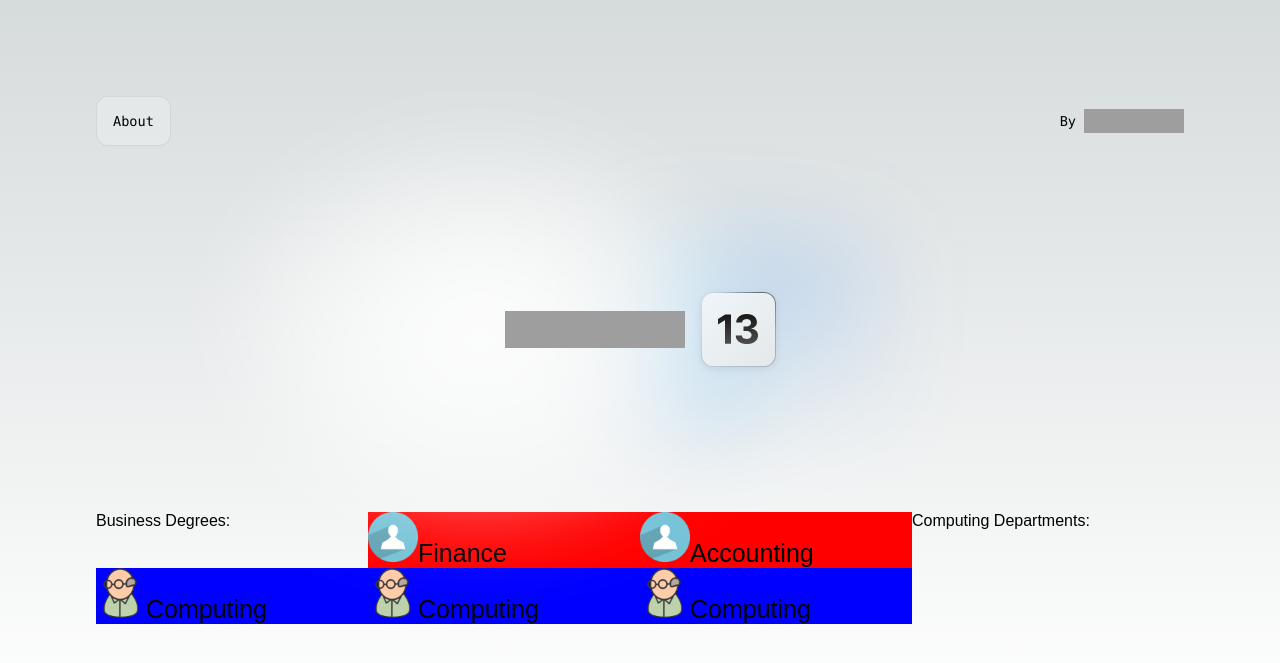
Repository: cheungglenda/MDIA2109-Week3
Page: /
The author's editor kept a copy of each file at every save. The page is drawn from the files as they stood at one save, then again after the next save.
The browser window is 1280 px wide. The pictures show the whole page.
Pictures or frames that could not be fetched are drawn as grey boxes. The project was rebuilt for these pictures with package versions that can differ from the ones it lists, and the page was loaded fresh each time. The framework's server and built-in components were replaced by stand-ins that run in the browser. Also part of the build but not shown: next.config.js.

Above is the page before, as saved 2023-01-19 22:00:03.

### pages/index.js
import Head from 'next/head'
import Image from 'next/image'
import { Inter } from '@next/font/google'
import styles from '@/styles/Home.module.css'
import data from '../data/education.json'
import { useState } from 'react'
import Card from '../components/Card'
import Link from 'next/link'

const inter = Inter({ subsets: ['latin'] })

export default function Home() {

  /** ([...data]) enters the data in the useState and is calling that info. the useState has all the data from the education.json file */
  const [information, setInformation] = useState([...data])
  console.log(data);

  return (
    <>
      <Head>
        <title>Create Next App</title>
        <meta name="description" content="Generated by create next app" />
        <meta name="viewport" content="width=device-width, initial-scale=1" />
        <link rel="icon" href="/favicon.ico" />
      </Head>
      <main className={styles.main}>
        <div className={styles.description}>
          <p>
            <Link href="about">About</Link>
          </p>
          <div>
            <a
              href="https://vercel.com?utm_source=create-next-app&utm_medium=default-template&utm_campaign=create-next-app"
              target="_blank"
              rel="noopener noreferrer"
            >
              By{' '}
              <Image
                src="/vercel.svg"
                alt="Vercel Logo"
                className={styles.vercelLogo}
                width={100}
                height={24}
                priority
              />
            </a>
          </div>
        </div>

        <div className={styles.center}>
          <Image
            className={styles.logo}
            src="/next.svg"
            alt="Next.js Logo"
            width={180}
            height={37}
            priority
          />
          <div className={styles.thirteen}>
            <Image
              src="/thirteen.svg"
              alt="13"
              width={40}
              height={31}
              priority
            />
          </div>
        </div>


        <div className={styles.grid}>
          <div>Business Degrees:</div>
          {information && information.map((info, index) => {
            if(info.department.toLowerCase() === "business") {
            return (
              <Card key={index} degree={info.degree} color="red" font="25px"/>
            )
          }
          })}
           <div>Computing Departments:</div>
          {information && information.map((info, index) => {
            if(info.department.toLowerCase() === "computing") {
            return (
              <Card key={index} degree={info.department} color="blue" font="25px"/>
            )
          }
          })}
        </div>
      </main>
    </>
  )
}

/** .toLowerCase() is input when you don't want to worry about case sensitivity */

### styles/Home.module.css
.main {
  display: flex;
  flex-direction: column;
  justify-content: space-between;
  align-items: center;
  padding: 6rem;
  font-family:arial;
  min-height: 100vh;
}

.description {
  display: inherit;
  justify-content: inherit;
  align-items: inherit;
  font-size: 0.85rem;
  max-width: var(--max-width);
  width: 100%;
  z-index: 2;
  font-family: var(--font-mono);
}

.description a {
  display: flex;
  justify-content: center;
  align-items: center;
  gap: 0.5rem;
}

.description p {
  position: relative;
  margin: 0;
  padding: 1rem;
  background-color: rgba(var(--callout-rgb), 0.5);
  border: 1px solid rgba(var(--callout-border-rgb), 0.3);
  border-radius: var(--border-radius);
}

.code {
  font-weight: 700;
  font-family: var(--font-mono);
}

.grid {
  display: grid;
  grid-template-columns: repeat(4, minmax(25%, auto));
  width: var(--max-width);
  max-width: 100%;
}

.card {
  padding: 1rem 1.2rem;
  border-radius: var(--border-radius);
  background: rgba(var(--card-rgb), 0);
  border: 1px solid rgba(var(--card-border-rgb), 0);
  transition: background 200ms, border 200ms;
}

.card span {
  display: inline-block;
  transition: transform 200ms;
}

.card h2 {
  font-weight: 600;
  margin-bottom: 0.7rem;
}

.card p {
  margin: 0;
  opacity: 0.6;
  font-size: 0.9rem;
  line-height: 1.5;
  max-width: 30ch;
}

.center {
  display: flex;
  justify-content: center;
  align-items: center;
  position: relative;
  padding: 4rem 0;
}

.center::before {
  background: var(--secondary-glow);
  border-radius: 50%;
  width: 480px;
  height: 360px;
  margin-left: -400px;
}

.center::after {
  background: var(--primary-glow);
  width: 240px;
  height: 180px;
  z-index: -1;
}

.center::before,
.center::after {
  content: '';
  left: 50%;
  position: absolute;
  filter: blur(45px);
  transform: translateZ(0);
}

.logo,
.thirteen {
  position: relative;
}

.thirteen {
  display: flex;
  justify-content: center;
  align-items: center;
  width: 75px;
  height: 75px;
  padding: 25px 10px;
  margin-left: 16px;
  transform: translateZ(0);
  border-radius: var(--border-radius);
  overflow: hidden;
  box-shadow: 0px 2px 8px -1px #0000001a;
}

.thirteen::before,
.thirteen::after {
  content: '';
  position: absolute;
  z-index: -1;
}

/* Conic Gradient Animation */
.thirteen::before {
  animation: 6s rotate linear infinite;
  width: 200%;
  height: 200%;
  background: var(--tile-border);
}

/* Inner Square */
.thirteen::after {
  inset: 0;
  padding: 1px;
  border-radius: var(--border-radius);
  background: linear-gradient(
    to bottom right,
    rgba(var(--tile-start-rgb), 1),
    rgba(var(--tile-end-rgb), 1)
  );
  background-clip: content-box;
}

/* Enable hover only on non-touch devices */
@media (hover: hover) and (pointer: fine) {
  .card:hover {
    background: rgba(var(--card-rgb), 0.1);
    border: 1px solid rgba(var(--card-border-rgb), 0.15);
  }

  .card:hover span {
    transform: translateX(4px);
  }
}

@media (prefers-reduced-motion) {
  .thirteen::before {
    animation: none;
  }

  .card:hover span {
    transform: none;
  }
}

/* Mobile */
@media (max-width: 700px) {
  .content {
    padding: 4rem;
  }

  .grid {
    grid-template-columns: 1fr;
    margin-bottom: 120px;
    max-width: 320px;
    text-align: center;
  }

  .card {
    padding: 1rem 2.5rem;
  }

  .card h2 {
    margin-bottom: 0.5rem;
  }

  .center {
    padding: 8rem 0 6rem;
  }

  .center::before {
    transform: none;
    height: 300px;
  }

  .description {
    font-size: 0.8rem;
  }

  .description a {
    padding: 1rem;
  }

  .description p,
  .description div {
    display: flex;
    justify-content: center;
    position: fixed;
    width: 100%;
  }

  .description p {
    align-items: center;
    inset: 0 0 auto;
    padding: 2rem 1rem 1.4rem;
    border-radius: 0;
    border: none;
    border-bottom: 1px solid rgba(var(--callout-border-rgb), 0.25);
    background: linear-gradient(
      to bottom,
      rgba(var(--background-start-rgb), 1),
      rgba(var(--callout-rgb), 0.5)
    );
    background-clip: padding-box;
    backdrop-filter: blur(24px);
  }

  .description div {
    align-items: flex-end;
    pointer-events: none;
    inset: auto 0 0;
    padding: 2rem;
    height: 200px;
    background: linear-gradient(
      to bottom,
      transparent 0%,
      rgb(var(--background-end-rgb)) 40%
    );
    z-index: 1;
  }
}

/* Tablet and Smaller Desktop */
@media (min-width: 701px) and (max-width: 1120px) {
  .grid {
    grid-template-columns: repeat(2, 50%);
  }
}

@media (prefers-color-scheme: dark) {
  .vercelLogo {
    filter: invert(1);
  }

  .logo,
  .thirteen img {
    filter: invert(1) drop-shadow(0 0 0.3rem #ffffff70);
  }
}

@keyframes rotate {
  from {
    transform: rotate(360deg);
  }
  to {
    transform: rotate(0deg);
  }
}

### data/education.json
[
        {
            "studentNumber": "A0004567",
            "firstName": "Person 1",
            "gpa": 3.8,
            "department": "Business",
            "degree": "Finance",
            "graduted": 2014
        },
        {
            "studentNumber": "A0001234",
            "firstName": "Person 2",
            "gpa": 3.5,
            "department": "Business",
            "degree": "Accounting",
            "graduted": 2010
        },
        {
            "studentNumber": "A0007890",
            "firstName": "Person 3",
            "gpa": 3.2,
            "department": "Computing",
            "degree": "Applied Software Development Certificate",
            "graduted": 2018
        },
        {
            "studentNumber": "A0007828",
            "firstName": "Person 4",
            "gpa": 3.9,
            "department": "Computing",
            "degree": "Computer Systems Diploma",
            "graduted": 2021
        },
        {
            "studentNumber": "A0003425",
            "firstName": "Person 5",
            "gpa": 3.2,
            "department": "Computing",
            "degree": "Applied Computer Information Systems Certificate",
            "graduted": 2021
        }
]

### components/Card/index.js
export default function EmployeeCard({
    degree = "none",
    color = "purple",
    font = "O",
    image = "icon/personTwo.png"
}) {
    return (
        <div style={{backgroundColor: color, fontSize: font}}>
            {
                color === "red" ? <img src={'icon/person.png'} width="50"/> :
                color === "blue" ? <img src={'icon/personThree.png'} width="50"/> :
                <img src={image} width="50"/>
            }
            {degree}
        </div>
    )
}

Loaded but not shown: pages/_app.js (common file); pages/_document.js (common file); styles/globals.css (common file)

After the next save:
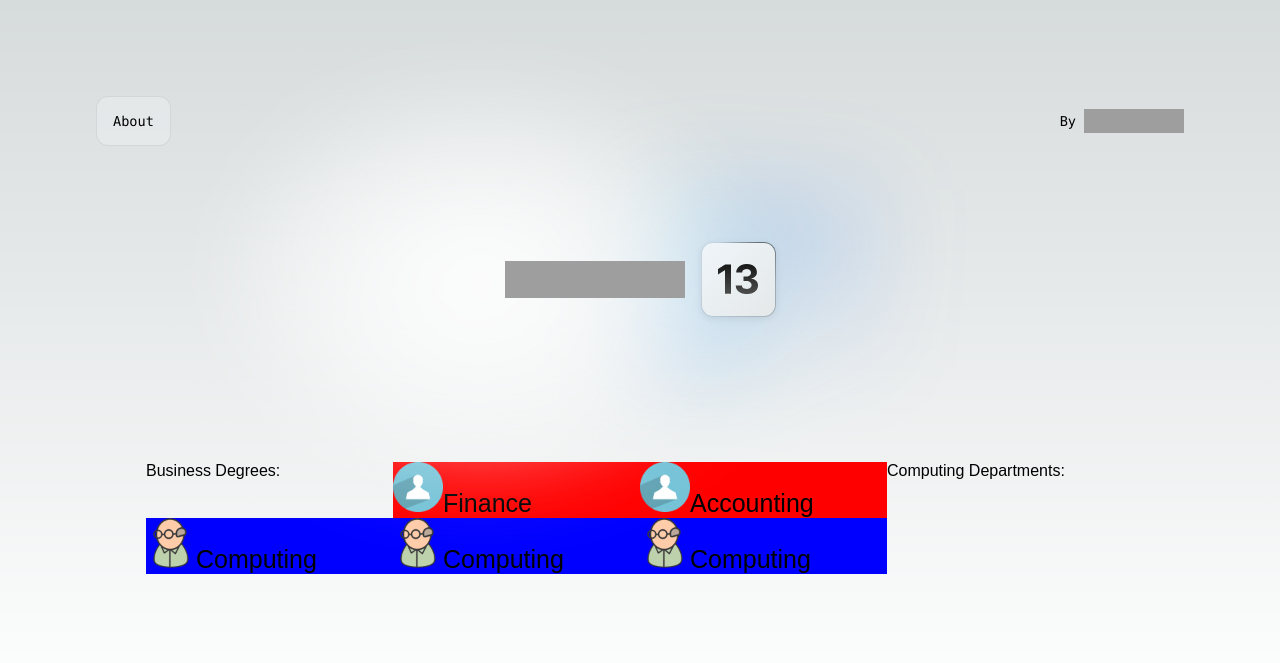
Saved 28 s later.
--- a/styles/Home.module.css
+++ b/styles/Home.module.css
@@ -45,6 +45,7 @@
   grid-template-columns: repeat(4, minmax(25%, auto));
   width: var(--max-width);
   max-width: 100%;
+  padding:50px;
 }
 
 .card {

After the save that followed:
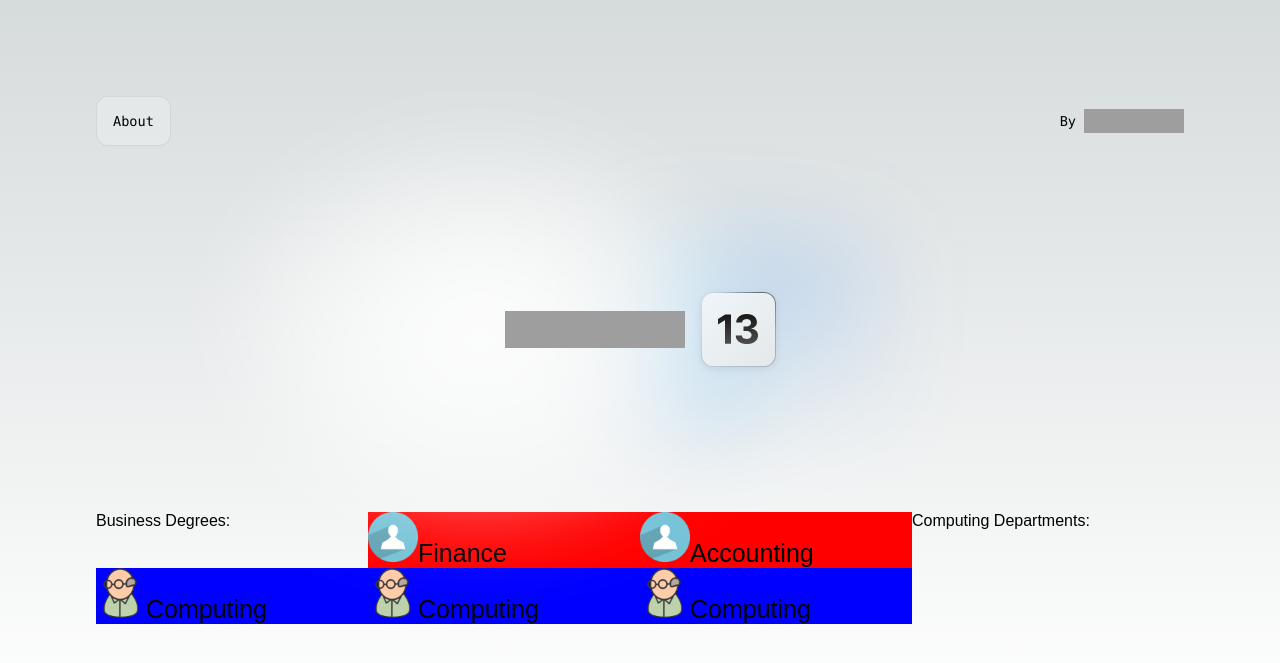
Saved 7 s later.
--- a/styles/Home.module.css
+++ b/styles/Home.module.css
@@ -45,7 +45,6 @@
   grid-template-columns: repeat(4, minmax(25%, auto));
   width: var(--max-width);
   max-width: 100%;
-  padding:50px;
 }
 
 .card {
